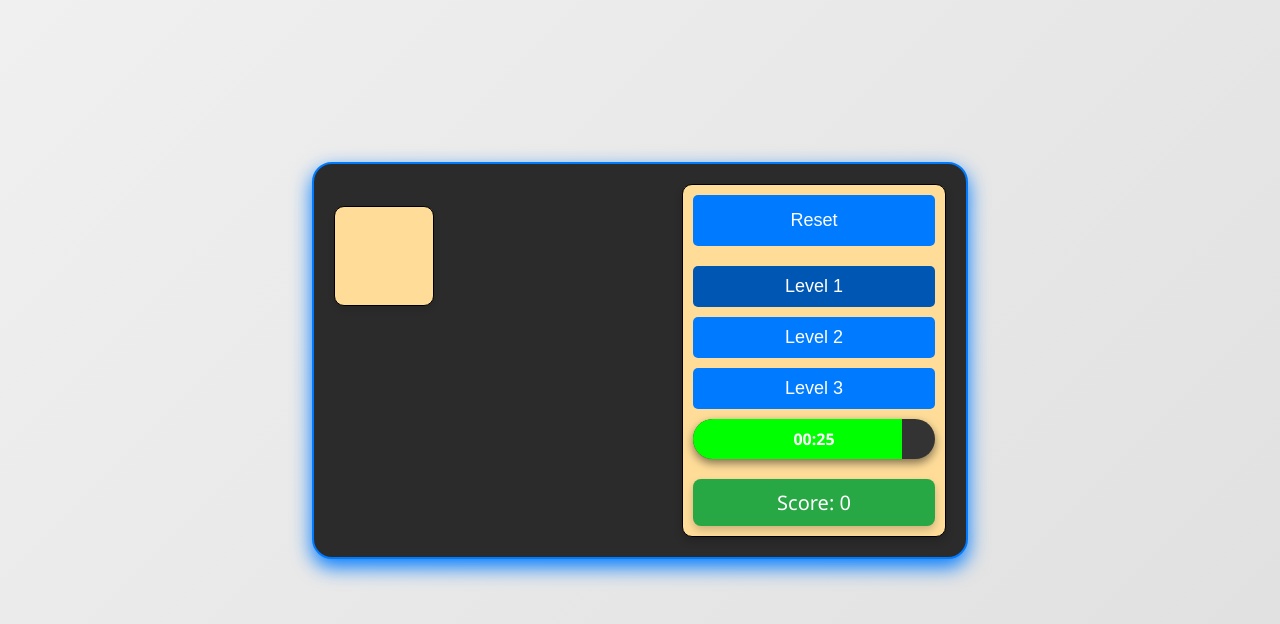
Repository: radisyah/THE_BRAIN_STORM
Page: Impossible Memory.html
The author's editor kept a copy of each file at every save. The page is drawn from the files as they stood at one save, then again after the next save.
The browser window is 1280 px wide. The pictures show the whole page.

Above is the page before, as saved 2024-10-23 01:18:06.

### Impossible Memory.html
<!DOCTYPE html>
<html lang="en">
<head>
    <meta charset="UTF-8">
    <meta name="viewport" content="width=device-width, initial-scale=1.0">
    <title>Impossible Memories</title>
    <style>
        body {
            font-family: 'Segoe UI', Tahoma, Geneva, Verdana, sans-serif;
            display: flex;
            justify-content: center;
            align-items: center;
            height: 100vh;
            margin: 0;
            background: linear-gradient(135deg, #f0f0f0, #e0e0e0);
        }


        .container {
            display: flex;
            justify-content: center;
            align-items: center;
            gap: 40px;
            background-color: #2b2b2b; /* Dark background for contrast */
            border-radius: 20px;
            box-shadow: 0 8px 20px  #007bff;
            padding: 20px; /* Padding for container */
            transition: transform 0.3s ease-in-out;
            border: 2px solid #007bff;
        }

        .container:hover {
            transform: scale(1.02); /* Slight scale effect when hovering over the container */
        }

        /* Timer container styles */
        .timer-container {
            position: relative;
            width: 100%;
            height: 40px;
            background-color: #333;
            border-radius: 20px;
            overflow: hidden;
            box-shadow: 0px 4px 10px rgba(0, 0, 0, 0.5);
            margin-bottom: 10px;
        }

        /* Timer text styles */
        #timer {
            position: absolute;
            top: 50%;
            left: 50%;
            transform: translate(-50%, -50%);
            color: white;
            font-size: 16px;
            font-weight: bold;
            z-index: 2;
        }

        /* Progress bar styles */
        .timer-bar {
            position: absolute;
            top: 0;
            left: 0;
            height: 100%;
            background: linear-gradient(90deg, #00ff00, #ffff00, #ff0000);
            width: 100%;
            transition: width 1s linear;
            z-index: 1;
        }


        .grid-container {
            display: grid;
            gap: 4px;
            grid-template-columns: repeat(7, 70px); /* Ukuran grid */
            grid-template-rows: repeat(7, 70px); /* Ukuran grid */
            position: relative;

        }

        .grid-item {
            display: flex;
            justify-content: center;
            align-items: center;
            font-size: 20px;
            border-radius: 10px;
            box-shadow: 0 4px 6px rgba(0, 0, 0, 0.1);
            transition: transform 0.3s, background-color 0.3s;
            cursor: pointer;
            position: relative;
        }


        .grid-item input {
            width: 100%;
            height: 100%;
            font-size: 20px;
            text-align: center;
            background-color: #ffdd99;
            border: 1px solid #000;
            border-radius: 10px;
            outline: none;
            box-sizing: border-box;
        }

        .grid-item input:hover {
            transform: translateY(-5px);
            background-color: #fbc05d;
        }

        .grid-item input.correct {
            background-color: #28a745;
            color: white;
            pointer-events: none;
            transition: background-color 0.5s ease, color 0.5s ease; /* Animasi transisi */
        }

        .grid-item input.wrong {
            background-color: #dc3545;
            color: white;
            pointer-events: none;
            transition: background-color 0.5s ease, color 0.5s ease; /* Animasi transisi */
        }

        .button-container {
            display: flex;
            flex-direction: column; /* Susun tombol secara vertikal */
            gap: 10px; /* Jarak antar tombol */
            padding: 10px; /* Padding di dalam tombol */
            background-color: #ffdd99; /* Warna latar untuk layout tombol */
            border-radius: 10px; /* Sudut membulat */
            box-shadow: 0 4px 8px rgba(0, 0, 0, 0.2); /* Bayangan untuk efek */
            border: 1px solid #000;
        }

        .grid-size-buttons button {
            padding: 10px; /* Padding tombol */
            margin-top: 10px; /* Jarak atas untuk menambah jarak antara tombol */
        }


        #resetButton, .question-button {
            padding: 15px 20px; /* Padding untuk tombol */
            font-size: 18px; /* Ukuran font */
            cursor: pointer;

            background-color: #007bff;
            color: white;
            border: none;
            border-radius: 5px;
            transition: background-color 0.3s;
            width: 100%; /* Membuat tombol mengambil lebar penuh */
        }

        #resetButton:hover, .question-button:hover {
            background-color: #0056b3; /* Warna hover */
        }

        .active-level {
            background-color: #0056b3; /* Green for active level */
        }

        #score-display {
            font-size: 24px; /* Larger font size for better visibility */
            padding: 10px; /* Padding around the score display */
            background-color: #28a745; /* Green background for positive feedback */
            color: white; /* White text color */
            border-radius: 8px; /* Rounded corners */
            box-shadow: 0 4px 8px rgba(0, 0, 0, 0.2); /* Shadow for depth */
            transition: transform 0.3s; /* Add a transition for the hover effect */
            text-align: center; /* Center align text */
        }

        #score-display:hover {
            transform: scale(1.05); /* Slightly scale up on hover */
            cursor: pointer; /* Change cursor to pointer on hover */
        }

        .modal-content h2 {
            font-size: 24px;
            margin-bottom: 20px;
        }

        .modal-content p {
            font-size: 20px;
            margin: 10px 0;
        }

        .modal {
            display: none;
            position: fixed;
            z-index: 1;
            left: 0;
            top: 0;
            width: 100%;
            height: 100%;
            background-color: rgba(0, 0, 0, 0.7);
            justify-content: center;
            align-items: center;
        }

        .modal-content {
            background-color: white;
            padding: 20px;
            border-radius: 15px;
            box-shadow: 0px 0px 15px 0px rgba(0, 0, 0, 0.3);
            text-align: center;
            font-size: 24px;
            color: #333; /* Text color */
        }

        .close {
            margin-top: 20px;
            cursor: pointer;
            background-color: #007bff;
            color: white;
            padding: 10px 20px;
            border: none;
            border-radius: 5px;
            transition: background-color 0.3s;
        }

        .close:hover {
            background-color: #0056b3; /* Darker blue on hover */
        }


    </style>
</head>
<body>

    <div class="container">
        <div class="grid-container" id="grid-container">
            <!-- Dynamic grid will be generated here -->
        </div>

        <div class="button-container">
            <button id="resetButton" onclick="resetAnswers()">Reset</button>
            <div class="grid-size-buttons">
                <button class="question-button" id="level1" disabled>Level 1</button>
                <button class="question-button" id="level2" disabled>Level 2</button>
                <button class="question-button" id="level3" disabled>Level 3</button>
            </div>
            <div class="timer-container">
                <div id="timer">00:30</div>
                <div class="timer-bar"></div>
            </div>
            <div id="score-display" style="font-size: 20px;">Score: 0</div>
        </div>


    </div>
     <!-- Final Score Modal -->
        <div class="modal" id="final-score-modal">
            <div class="modal-content">
                <h2>Congratulations!</h2>
                <p id="final-score-display">Your Final Score: 0</p>
                <p id="fastest-time-display">Fastest Time: 10:00</p>
                <button class="close" onclick="restartGame()">Restart Game</button>
            </div>
        </div>



        <script>
            const gridSizes = {
                3: [{ correct: 30 }],
                5: [{ correct: 11 }],
                7: [{ correct: 10 }],
            };

            let currentLevel = 1; // Start from level 1
            let timeRemaining = 30; // Default to 30 seconds for Level 1
            let timerInterval;
            let isTimerRunning = false;
            let score = 0; // Global cumulative score
            const answeredCorrectly = new Set(); // Track which inputs have been answered correctly
            const answeredIncorrectly = new Set(); // Track which inputs have been answered incorrectly
            let checkTimeout; // Variabel untuk menyimpan ID timer pengecekan input

            // Initialize the game with Level 1 active
            document.getElementById('level1').disabled = false;
            document.getElementById('level1').classList.add('active-level');

            function showFinalScoreModal() {
                const finalScoreDisplay = document.getElementById('final-score-display');
                const fastestTimeDisplay = document.getElementById('fastest-time-display');

                // Display the final score and fastest time
                finalScoreDisplay.textContent = `Your Final Score: ${score}`;
                const fastestTime = timeRemaining <= 0 ? getInitialTimeForLevel() : timeRemaining; // Assuming fastest time is tracked
                fastestTimeDisplay.textContent = `Fastest Time: ${formatTime(fastestTime)}`;

                // Show the modal
                const modal = document.getElementById('final-score-modal');
                modal.style.display = 'flex'; // Show the modal

                // Optionally, add an event listener to restart the game or close the modal
                const restartButton = document.getElementById('restart-button'); // Add your restart button element
                restartButton.addEventListener('click', restartGame);
            }

            function formatTime(time) {
                const minutes = Math.floor(time / 60);
                const seconds = time % 60;
                return `${minutes < 10 ? '0' + minutes : minutes}:${seconds < 10 ? '0' + seconds : seconds}`;
            }

            function restartGame() {
                clearInterval(timerInterval); // Clear any running timer
                location.reload(); // Reload the page to restart the game
            }

            function startTimer() {
                if (isTimerRunning) return;
                isTimerRunning = true;

                timerInterval = setInterval(() => {
                    const timerDisplay = document.getElementById('timer');
                    const timerBar = document.querySelector('.timer-bar');

                    timeRemaining--;

                    // Calculate minutes and seconds
                    const minutes = Math.floor(timeRemaining / 60);
                    const seconds = timeRemaining % 60;
                    timerDisplay.textContent = `${minutes < 10 ? '0' + minutes : minutes}:${seconds < 10 ? '0' + seconds : seconds}`;

                    // Update timer bar width
                    const percentage = (timeRemaining / getInitialTimeForLevel()) * 100;
                    timerBar.style.width = `${percentage}%`;

                    // Change bar color based on remaining time
                    if (percentage <= 33) {
                        timerBar.style.background = "#ff0000"; // Red for last third
                    } else if (percentage <= 66) {
                        timerBar.style.background = "#ffff00"; // Yellow for middle third
                    } else {
                        timerBar.style.background = "#00ff00"; // Green for initial third
                    }

                    if (timeRemaining <= 0) {
                        clearInterval(timerInterval);
                        isTimerRunning = false;
                        timerDisplay.textContent = "Time is Over!!";
                        lockInputs();
                    }
                }, 1000);
            }

            function getInitialTimeForLevel() {
                switch (currentLevel) {
                    case 1:
                        return 30; // 30 seconds for Level 1
                    case 2:
                        return 60; // 1 minute for Level 2
                    case 3:
                        return 90; // 1 minute 30 seconds for Level 3
                    default:
                        return 30; // Default fallback
                }
            }

            function lockInputs() {
                document.querySelectorAll('.answer').forEach(input => {
                    input.disabled = true; // Disable all answer inputs
                });
                document.getElementById('resetButton').disabled = true;
            }

            function createGrid(size) {
                const gridContainer = document.getElementById('grid-container');
                gridContainer.style.gridTemplateColumns = `repeat(${size}, 100px)`;
                gridContainer.style.gridTemplateRows = `repeat(${size}, 100px)`;
                gridContainer.innerHTML = ''; // Clear previous content

                const gridData = gridSizes[size];

                gridData.forEach((data, index) => {
                    const gridItem = document.createElement('div');
                    gridItem.classList.add('grid-item');
                    const input = document.createElement('input');
                    input.classList.add('answer');
                    input.setAttribute('type', 'text');
                    input.setAttribute('data-correct', data.correct);
                    input.addEventListener('input', () => checkInput(input, index)); // Pass index to checkInput
                    gridItem.appendChild(input);
                    gridContainer.appendChild(gridItem);
                });

                // Reset only the answered sets for the new level
                resetAnsweredSets();

                if (!isTimerRunning) startTimer();
            }

            function resetAnsweredSets() {
                answeredCorrectly.clear(); // Clear correctly answered set
                answeredIncorrectly.clear(); // Clear incorrectly answered set
            }

            function checkInput(input, index) {
                const correctAnswer = parseInt(input.dataset.correct); // Get correct answer from data-correct

                // Cek jika input kosong
                if (input.value.trim() === '') {
                    input.classList.remove('correct', 'wrong'); // Reset styles jika kosong
                    return; // Tidak perlu melakukan pengecekan lebih lanjut
                }

                // Hapus timer jika ada input baru
                clearTimeout(checkTimeout);

                // Cek panjang input
                if (input.value.length === 1) {
                    // Tunggu 1 detik sebelum melakukan pengecekan jika hanya satu digit
                    checkTimeout = setTimeout(() => {
                        performCheck(input, correctAnswer, index); // Panggil fungsi pengecekan setelah 1 detik
                    }, 1000);
                } else if (input.value.length >= 2) {
                    // Jika panjang input 2 atau lebih, langsung cek
                    performCheck(input, correctAnswer, index);
                }
            }

            function performCheck(input, correctAnswer, index) {
                const userAnswer = parseInt(input.value); // Mendapatkan jawaban pengguna

                // Jika jawaban benar
                if (userAnswer === correctAnswer) {
                    if (!answeredCorrectly.has(index)) { // Cek jika sudah dijawab dengan benar
                        score += 150;
                        answeredCorrectly.add(index); // Tandai input ini sebagai dijawab dengan benar
                        document.getElementById('score-display').textContent = `Score: ${score}`;
                    }
                    input.classList.add('correct');
                    input.classList.remove('wrong');
                    input.disabled = true; // Disable input jika benar
                }
                // Jika jawaban salah
                else {
                    if (!answeredIncorrectly.has(index)) { // Cek jika sudah dijawab dengan salah
                        score -= 75; // Kurangi untuk jawaban salah
                        answeredIncorrectly.add(index); // Tandai input ini sebagai dijawab dengan salah
                        document.getElementById('score-display').textContent = `Score: ${score}`;
                    }
                    input.classList.add('wrong');
                    input.classList.remove('correct');
                }

                // Cek semua jawaban untuk memicu level berikutnya
                checkAllAnswers();
            }

            function checkAllAnswers() {
                const inputs = document.querySelectorAll('.answer');
                let allCorrect = true;
                let allFilled = true;

                inputs.forEach(input => {
                    const correctAnswer = parseInt(input.dataset.correct);
                    const userAnswer = parseInt(input.value);

                    if (input.value.trim() === '') {
                        allFilled = false;
                    } else if (userAnswer !== correctAnswer) {
                        allCorrect = false;
                    }
                });

                if (allCorrect && allFilled) {
                    setTimeout(() => nextLevel(), 1000); // Pindah ke level berikutnya setelah 1 detik delay
                }
            }

            function nextLevel() {
                if (currentLevel === 1) {
                    currentLevel = 2;
                    document.getElementById('level2').disabled = false;
                    document.getElementById('level1').disabled = true;
                    document.getElementById('level1').classList.remove('active-level');
                    document.getElementById('level2').classList.add('active-level');
                    timeRemaining = getInitialTimeForLevel(); // Set new time for Level 2
                    changeGridSize(5);
                } else if (currentLevel === 2) {
                    currentLevel = 3;
                    document.getElementById('level3').disabled = false;
                    document.getElementById('level2').disabled = true;
                    document.getElementById('level2').classList.remove('active-level');
                    document.getElementById('level3').classList.add('active-level');
                    timeRemaining = getInitialTimeForLevel(); // Set new time for Level 3
                    changeGridSize(7);
                } else if (currentLevel === 3) {
                    // Show final score modal after completing Level 3
                    clearInterval(timerInterval); // Stop the timer
                    fastestTime = timeRemaining; // Save remaining time when game ends
                    showFinalScoreModal(); // Call the modal function here
                    return; // Prevent further execution of the function
                }

                // Start the timer for the new level
                startTimer();
            }

            function changeGridSize(size) {
                createGrid(size);
            }

            function resetAnswers() {
                const inputs = document.querySelectorAll('.answer');
                inputs.forEach(input => {
                    input.value = '';
                    input.classList.remove('correct', 'wrong');
                    input.disabled = false; // Enable all inputs again
                });
            }

            // Initialize the game with Level 1 grid
            changeGridSize(3);
        </script>





</body>
</html>

After the next save:
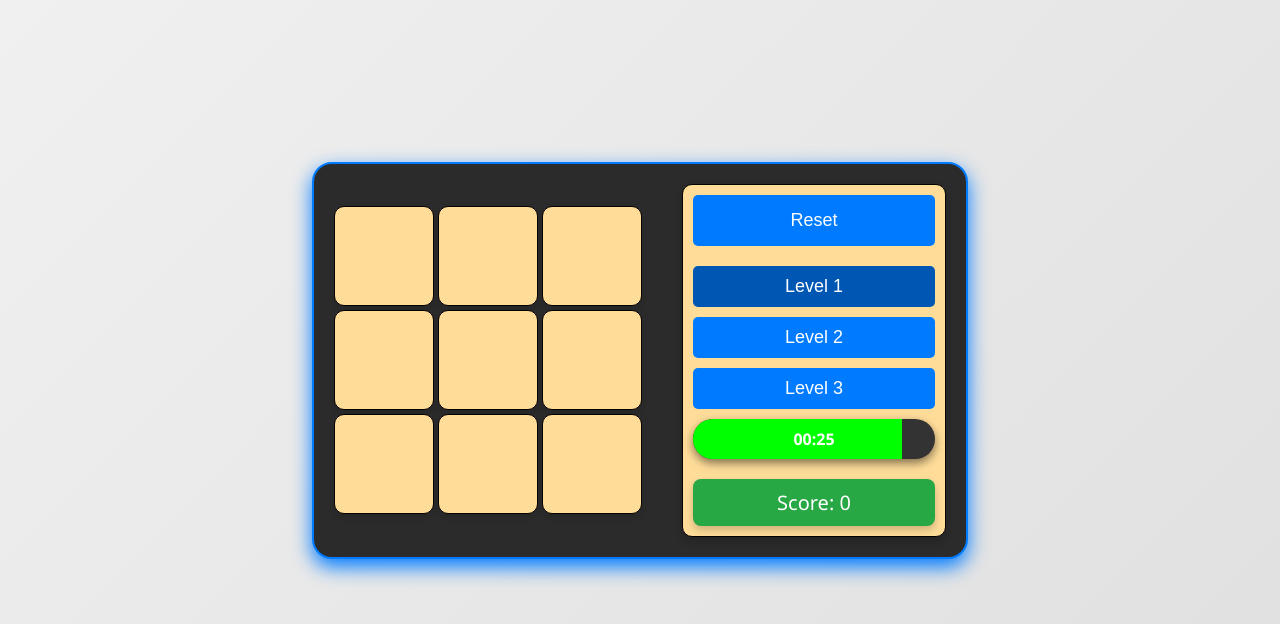
Saved 27 s later.
--- a/Impossible Memory.html
+++ b/Impossible Memory.html
@@ -264,11 +264,29 @@
 
 
         <script>
-            const gridSizes = {
-                3: [{ correct: 30 }],
-                5: [{ correct: 11 }],
-                7: [{ correct: 10 }],
-            };
+          const gridSizes = {
+            3: [
+                { correct: 0 }, { correct: 1 }, { correct: 1 },
+                { correct: 2 }, { correct: 3 }, { correct: 5 },
+                { correct: 8 }, { correct: 13 }, { correct: 21 }
+            ],
+            5: [
+                { correct: 0 }, { correct: 0 }, { correct: 1 }, { correct: 0 }, { correct: 0 },
+                { correct: 0 }, { correct: 1 }, { correct: 0 }, { correct: 1 }, { correct: 0 },
+                { correct: 1 }, { correct: 0 }, { correct: 2 }, { correct: 0 }, { correct: 1 },
+                { correct: 1 }, { correct: 3 }, { correct: 0 }, { correct: 3 }, { correct: 1 },
+                { correct: 1 }, { correct: 4 }, { correct: 6 }, { correct: 4 }, { correct: 1 }
+            ],
+            7:  [
+                { correct: 0 }, { correct: 1 }, { correct: 1 }, { correct: 2 }, { correct: 3 }, { correct: -1 }, { correct: 4 },
+                { correct: -5 }, { correct: -1 }, { correct: -6 }, { correct: -7 }, { correct: 1 }, { correct: -8 }, { correct: 9 },
+                { correct: 1 }, { correct: 10 }, { correct: 11 }, { correct: -1 }, { correct: 12 }, { correct: -13 }, { correct: -1 },
+                { correct: -14 }, { correct: -15 }, { correct: 1 }, { correct: -16 }, { correct: 17 }, { correct: 1 }, { correct: 18 },
+                { correct: 19 }, { correct: -1 }, { correct: 28 }, { correct: -21 }, { correct: -1 }, { correct: -22 }, { correct: -23 },
+                { correct: 1 }, { correct: -24 }, { correct: 25 }, { correct: 1 }, { correct: 26 }, { correct: 27 }, { correct: -1 },
+                { correct: 28 }, { correct: -29 }, { correct: -1 }, { correct: -30 }, { correct: -31 }, { correct: 1 }, { correct: -32 },
+            ]
+        };
 
             let currentLevel = 1; // Start from level 1
             let timeRemaining = 30; // Default to 30 seconds for Level 1
